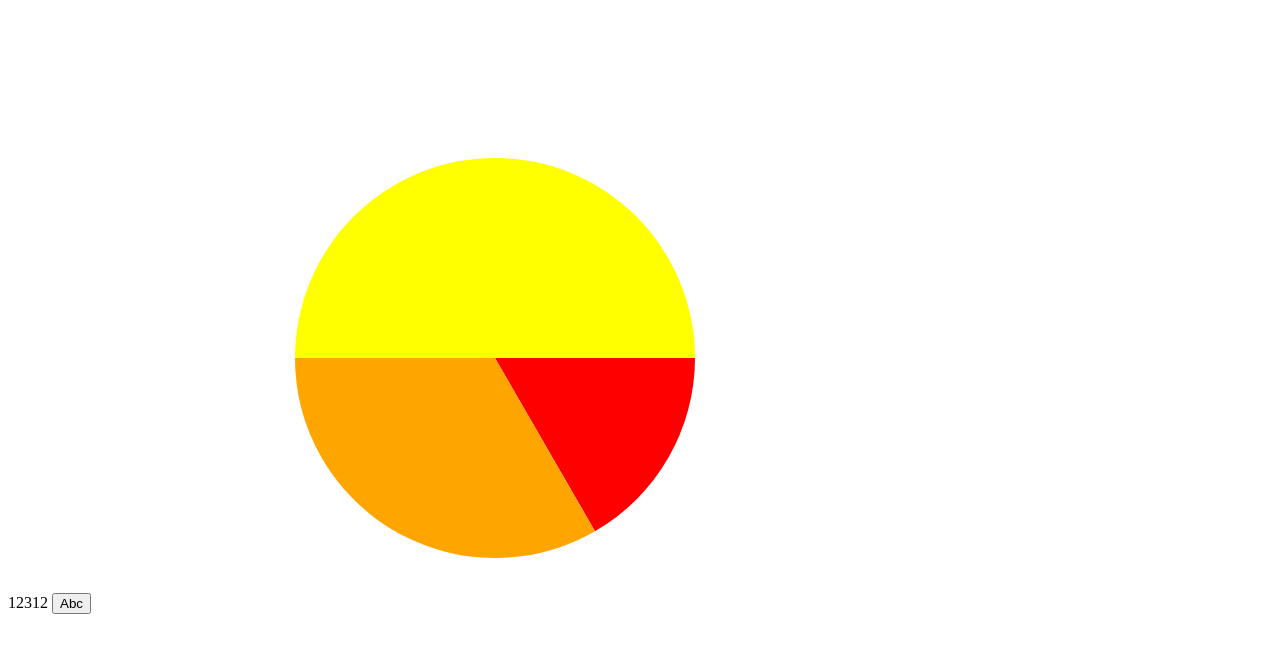
Repository: ycdtc/movie
Page: aaa/WebContent/index.html
These files come from the project's save history. The page is drawn as it stood at one moment and after the next save; the edit follows.
The browser window is 1280 px wide. The pictures show the whole page.
After loading, the first visible `#abc` was clicked once.

Above is the page before, as saved 2017-06-20 07:34:34.

### aaa/WebContent/index.html
                                                                                                                                                                                                                                                                                                                                                                                                                                                                                                                                                                                                                                                                                                                                                                                                                                                                                                                                                                                                                                                                                                                                                                                                                                                                                                                                                                                                                                                                                                                                                                                                                                                                                                                                                                                                                                                                                                                                                                                                                                                                                                                                                                                                                                                                                                                                                                                                                                                                                                                               <!DOCTYPE html><html>
<head>
<meta charset="UTF-8">
<script type="text/javascript" src="javascript/jquery.min.js"></script>
<script type="text/javascript" src="javascript/base.js"></script>
<title>Insert title here</title>
</head>
<body>
12312
<button id="abc">Abc</button>
<canvas id="can1" height="600" width="800"></canvas>
</body>
<script>
	$("#abc").click(function(e){
		//location.href = "hr.html?id=123"
		drawPie("can1",[10,20,30],["abc","123","666"]);
	});


</script>
</html>

### aaa/WebContent/javascript/base.js
/**
 *
 */
var colors = ["red","orange","yellow","green","blue","purple","black"];
function getRequest() {
	var url = location.search;
	var paras = url.substr(1).split("&");
	var res = new Object();
	for(var i=0;i<paras.length;i++){
		res[paras[i].split("=")[0]] = paras[i].split("=")[1];
	}
	return res;
}

function drawPie(chart,value,name){
	var can = document.getElementById(chart);
	var ctx = can.getContext("2d");
	var start = 0;
	var end = 0;
	ctx.translate(400,350);
	var sum = 0;
	for(var i=0;i<value.length;i++){
		sum += value[i];
	}
	for(var i=0;i<value.length;i++){
		start = end;
		end += value[i]/sum * 2 * Math.PI;
		ctx.fillStyle = colors[i];
		ctx.beginPath();
		ctx.moveTo(0,0);
		ctx.arc(0,0,200,start,end);
		ctx.closePath();
		//ctx.stroke();
		ctx.fill();
	}

	for(var i=0;i<value.length;i++){

	}
}

Loaded but not shown: aaa/WebContent/javascript/jquery.min.js (library)

After the next save:
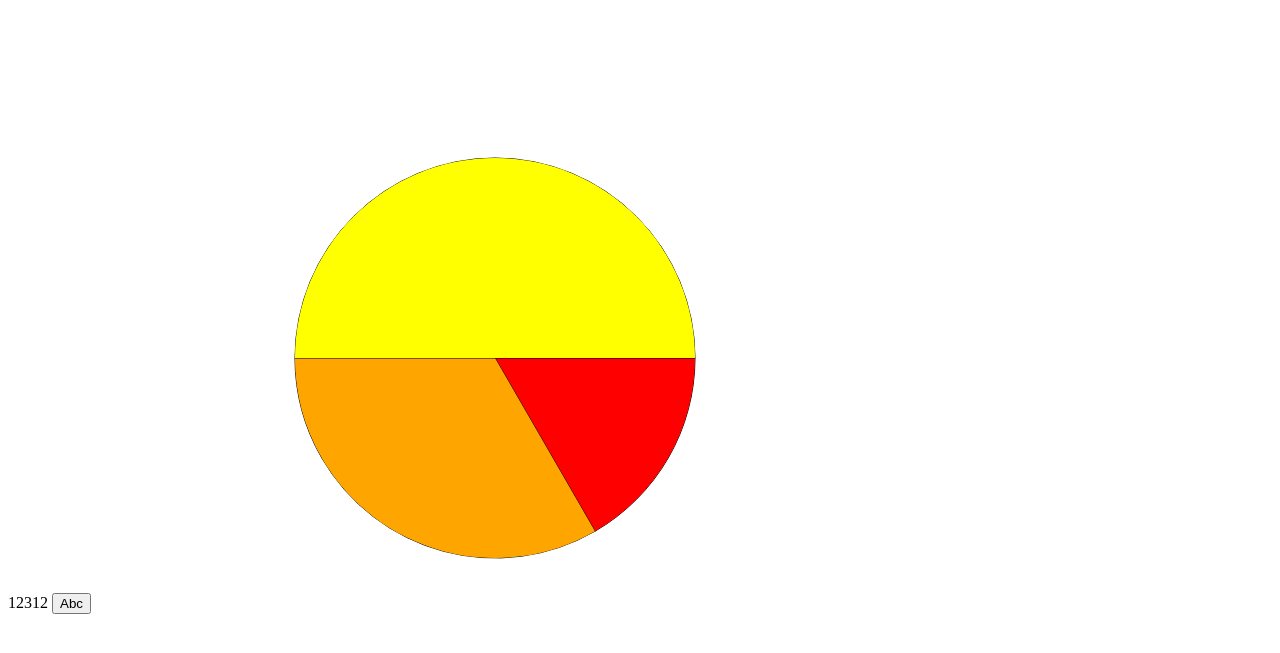
Saved 20 s later.
--- a/aaa/WebContent/javascript/base.js
+++ b/aaa/WebContent/javascript/base.js
@@ -30,7 +30,7 @@ function drawPie(chart,value,name){
 		ctx.moveTo(0,0);
 		ctx.arc(0,0,200,start,end);
 		ctx.closePath();
-		//ctx.stroke();
+		ctx.stroke();
 		ctx.fill();
 	}
 
